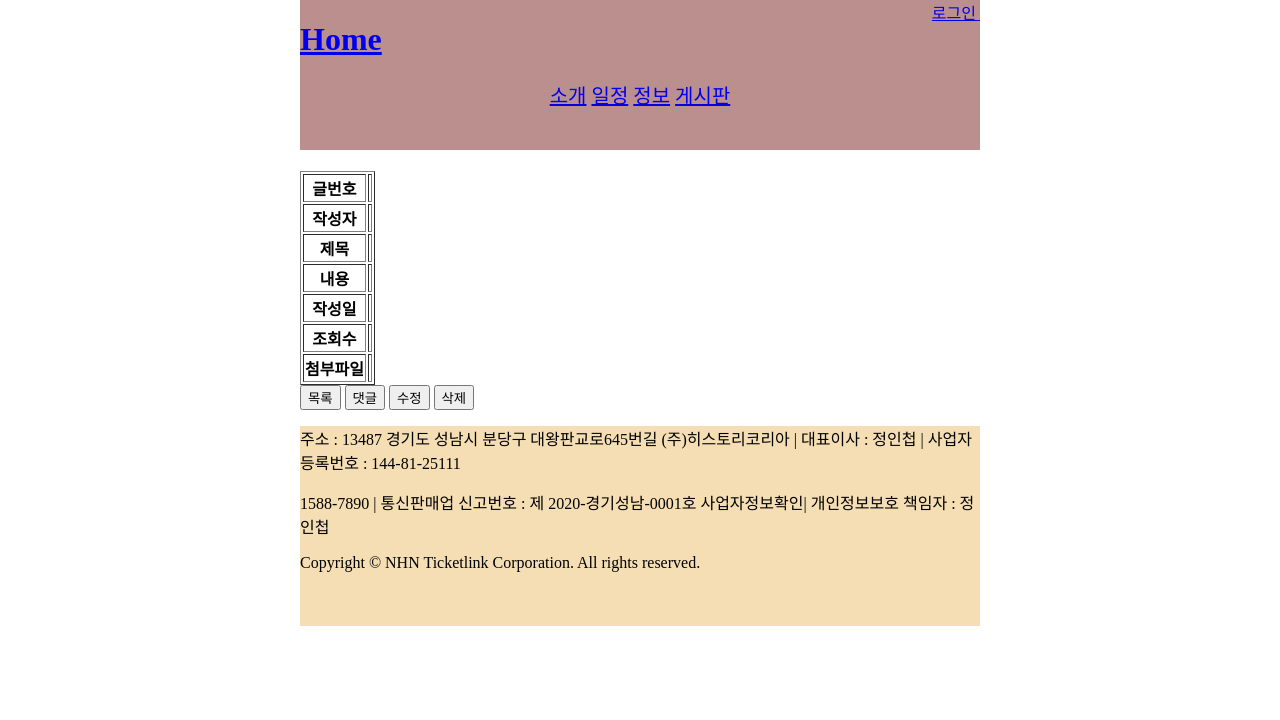
Repository: dlscjq34/JSP_historyTour
Page: http://localhost/HistoryTour/WEB-INF/views/ticketing/boardDetail.jsp
These files come from the project's save history. The page is drawn as it stood at one moment and after the next save; the edit follows.
The browser window is 1280 px wide. The pictures show the whole page.
The page is served by Tomcat 9. Nobody is signed in. Other server files are loaded and not shown. The template is opened directly, without the code that normally fills it, so the values that code supplies are empty.

Above is the page before, as saved 2020-12-19 13:07:27.

### HistoryTour/WebContent/WEB-INF/views/ticketing/boardDetail.jsp
<%@ page language="java" contentType="text/html; charset=UTF-8"
    pageEncoding="UTF-8"%>
<%@ taglib prefix="c" uri="http://java.sun.com/jsp/jstl/core" %>
<%@ taglib prefix="fmt" uri="http://java.sun.com/jsp/jstl/fmt" %>

<!DOCTYPE html>
<html>
<head>
	<jsp:include page="/WEB-INF/views/include/head.jsp" />
</head>
 	<!-- <header> -->
    <jsp:include page="/WEB-INF/views/include/header.jsp" />
<body>
	<h1></h1>


	  <table border="1">
         <thead>
             <tr>
                 <th>글번호</th>
                 <td>${ vo.num }</td>
             </tr>
             <tr>
                 <th>작성자</th>
                 <td>${ vo.writer }</td>
             </tr>
             <tr>
                 <th>제목</th>
                 <td>${ vo.title }</td>
             </tr>
             <tr>
                 <th>내용</th>
                 <td>${ vo.content }</td>
             </tr>
             <tr>
                 <th>작성일</th>
                 <td><fmt:formatDate pattern="yyyy-MM-dd kk:mm:ss" value="${ vo.wrtDate }" /></td>
             </tr>
             <tr>
                 <th>조회수</th>
                 <td>${ vo.hit }</td>
             </tr>
             <tr>
                 <th>첨부파일</th>
                 <td>
                 	 <%-- 첨부파일 있을 시 ----------------------------------------%>
	                 <c:if test="${ not empty vo.filename }">
	                 	<c:choose>
	                 		<%-- 첨부파일 있을 시 이미지이면 ----------------------%>
	                 		<c:when test="${ isImage }">
	                 			<a href="upload/${ vo.filename }">
	                 				<img src="upload/${ vo.filename }" width="200" height="100">
	               				</a>
	                 		</c:when>
	                 		<%-- 첨부파일 있을 시 일반 파일이면 -----------------%>
	                 		<c:otherwise>
	                 			<a href="upload/${ vo.filename }">${ vo.filename }</a>
	                 		</c:otherwise>
	                 	</c:choose>
	                 </c:if>
                 </td>
             </tr>
     </table>
     <input type="button" value="목록" onclick="location.href='board.do?nowIndex=${ nowIndex }&method=${ method }&field=${ field }&word=${ word }'">
     <input type="button" value="댓글" onclick="location.href='boardDetailReply.do?num=${ vo.num }&nowIndex=${ nowIndex }&method=${ method }&field=${ field }&word=${ word }&replyLevel=${ vo.replyLevel }&replyRef=${ vo.replyRef }&replySeq=${ vo.replySeq }'">
     <input type="button" value="수정" onclick="location.href='boardDetailUpdate.do?num=${ vo.num }&nowIndex=${ nowIndex }&method=${ method }&field=${ field }&word=${ word }'">

     <input type="button" name='delete' value="삭제" onclick="check()">

    <!-- <footer> -->
    <jsp:include page="/WEB-INF/views/include/footer.jsp" />

    <!-- 삭제 최종 체크 -->
    <script>
		function check() {
			let remove = confirm('정말 삭제하시겠습니까?');
			if(remove)
				location.href='boardDeleteProAction.do?num=${ vo.num }&filename=${ vo.filename }&nowIndex=${ nowIndex }';
		}
    </script>
</body>
</html>

### HistoryTour/WebContent/WEB-INF/views/include/head.jsp
<%@ page language="java" contentType="text/html; charset=UTF-8"
    pageEncoding="UTF-8"%>
<meta charset="UTF-8">
<meta name="viewport" content="width=device-width, initial-scale=1.0">
<title>Document</title>
<link rel="stylesheet" href="css/common.css">

### HistoryTour/WebContent/WEB-INF/views/include/header.jsp
<%@ page language="java" contentType="text/html; charset=UTF-8"
    pageEncoding="UTF-8"%>
<%@ taglib prefix="c" uri="http://java.sun.com/jsp/jstl/core" %>
<%
	//쿠키에 아이디가 있으면 세션으로 빼온다.
	Cookie[] cookies = request.getCookies();

	if (cookies != null) {
		for(Cookie cookie : cookies) {
			if(cookie.getName().equals("id")) {
				String id = cookie.getValue();
				session.setAttribute("id", id);
			}
		}
	}

	String id = (String)session.getAttribute("id");
%>

<header>
    <div class="home-line">
        <h1><a href="index.do">Home</a></h1>
        <!-- 세션으로 빼온 아이디가 있으면 -->
<%
			if (id != null) {
%>
        		${ id } 님 반갑습니다.&nbsp;
        		<a href="myPage.do">마이페이지</a>&nbsp;
        		<a href="logoutPro.do">로그아웃</a>
<%
			} else {
%>
        	<!-- 세션으로 빼온 아이디가 없으면 -->
        		 <a href="login.do">로그인&nbsp;</a>
<%
			}
%>

    </div>
    <div class="menu">
        <a href="intro.do">소개</a>
        <a href="schedule.do">일정</a>
        <a href="information.do">정보</a>
        <a href="board.do">게시판</a>
    </div>
</header>

### HistoryTour/WebContent/WEB-INF/views/include/footer.jsp
<%@ page language="java" contentType="text/html; charset=UTF-8"
    pageEncoding="UTF-8"%>
<footer>
    <p>주소 : 13487 경기도 성남시 분당구 대왕판교로645번길 (주)히스토리코리아 | 대표이사 : 정인첩 | 사업자등록번호 : 144-81-25111</p>
    <p>1588-7890 |  통신판매업 신고번호 : 제 2020-경기성남-0001호 사업자정보확인| 개인정보보호 책임자 : 정인첩</p>
    <p>Copyright © NHN Ticketlink Corporation. All rights reserved.</p>
</footer>

### HistoryTour/WebContent/css/common.css
body {
  grid-template-columns: 1fr 1fr;
  box-sizing: border-box;
  margin: 0 300px;
}

/* header ----------------------------------------------- */

header {
  background: rosybrown;
  height: 150px;
}
header .home-line {
  display: flex;
}
header .home-line h1 {
  flex: 1;
}
header .menu {
  text-align: center;
  font-size: 20px;
}

/* <aside> <article> ----------------------------------------------- */

.center {
  display: flex;
  height: 500px;
  background: turquoise;
}
.center aside {
  background: sandybrown;
  flex: 2;
}
.center article {
  background: thistle;
  flex: 8;
  text-align: center;
}


/* footer ----------------------------------------------- */

footer {
  background: wheat;
  height: 200px;
}

After the next save:
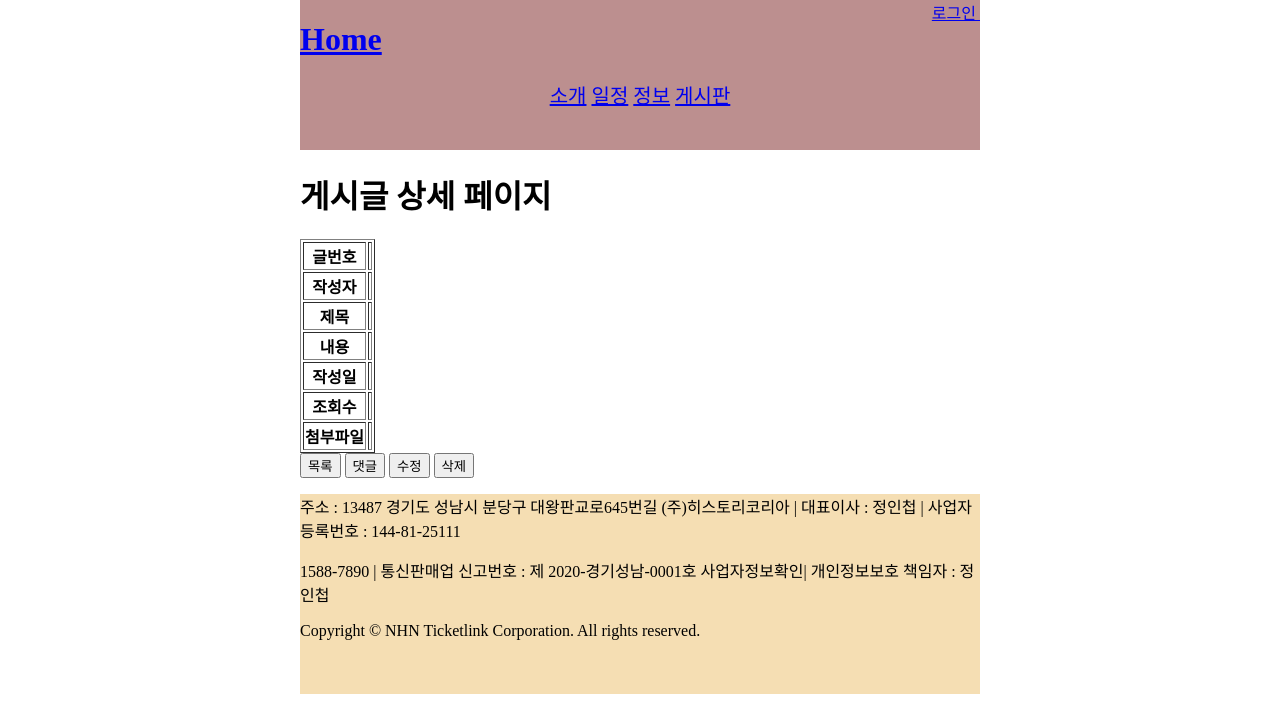
Saved 12 s later.
--- a/HistoryTour/WebContent/WEB-INF/views/ticketing/boardDetail.jsp
+++ b/HistoryTour/WebContent/WEB-INF/views/ticketing/boardDetail.jsp
@@ -11,7 +11,7 @@
  	<!-- <header> -->
     <jsp:include page="/WEB-INF/views/include/header.jsp" />
 <body>
-	<h1></h1>
+	<h1>게시글 상세 페이지</h1>
 
 
 	  <table border="1">
